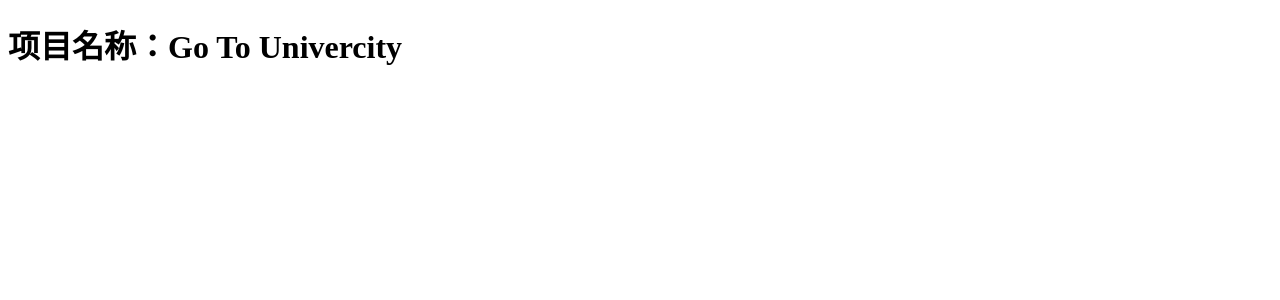
Repository: SUT-GC/GoToUnivercity
Page: http://localhost/GoToUniversity/ideasource/idea.jsp
An editor plug-in stored every save of this project. The page is shown before and after the next save, followed by the edit.
The browser window is 1280 px wide. The pictures show the whole page.
The page is served by Tomcat 9. Nobody is signed in. The application's start-up code is not run.

Above is the page before, as saved 2015-11-16 10:43:34.

### GoToUniversity/WebContent/ideasource/idea.jsp
<%@ page language="java" contentType="text/html; charset=UTF-8"
    pageEncoding="UTF-8"%>
<!DOCTYPE html PUBLIC "-//W3C//DTD HTML 4.01 Transitional//EN" "http://www.w3.org/TR/html4/loose.dtd">
<html>
<head>
<meta http-equiv="Content-Type" content="text/html; charset=UTF-8">
<title>Idea Source</title>
</head>
<body>
	<div class="content">
		<div class="content_head">
			<h1>项目名称：Go To Univercity</h1>
		</div>
		<div class="content_body">
			<div class="content_body_description">

			</div>
			<div class="content_body_content">

			</div>
		</div>
	</div>
</body>
</html>

After the next save:
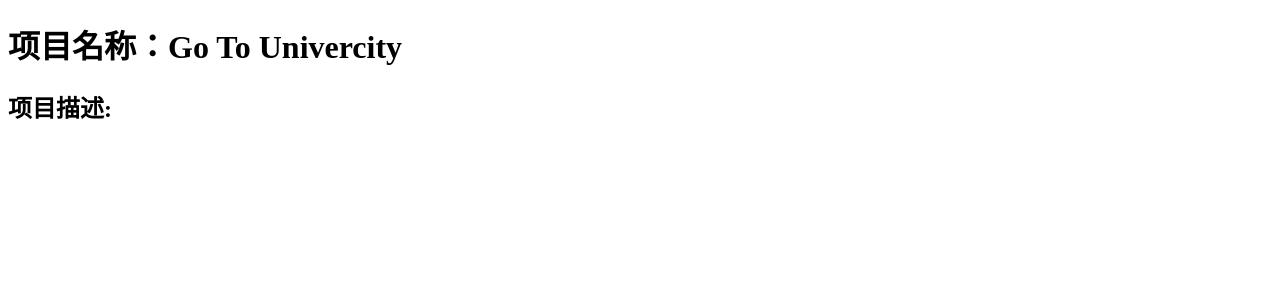
Saved 97 s later.
--- a/GoToUniversity/WebContent/ideasource/idea.jsp
+++ b/GoToUniversity/WebContent/ideasource/idea.jsp
@@ -13,7 +13,7 @@
 		</div>
 		<div class="content_body">
 			<div class="content_body_description">
-
+				<h2>项目描述:</h2>
 			</div>
 			<div class="content_body_content">
 
